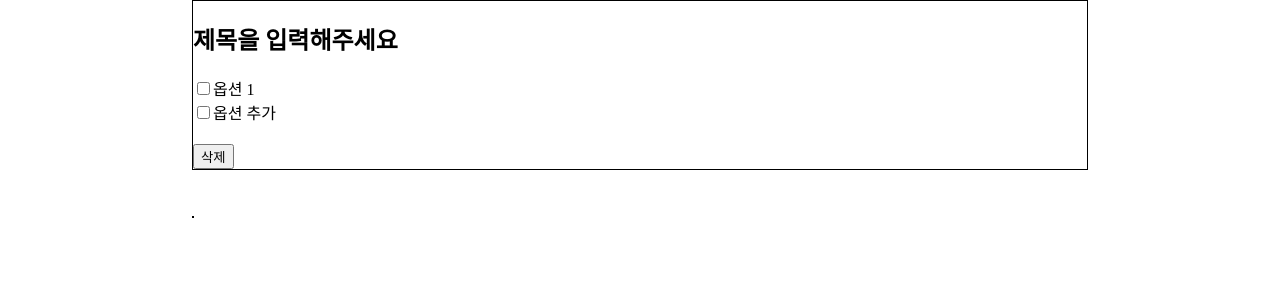
Repository: binigy97/VoteStie
Page: voteWeb/src/main/resources/static/index.html
An editor plug-in stored every save of this project. The page is shown before and after the next save, followed by the edit.
The browser window is 1280 px wide. The pictures show the whole page.

Above is the page before, as saved 2022-02-23 22:02:50.

After the next save:
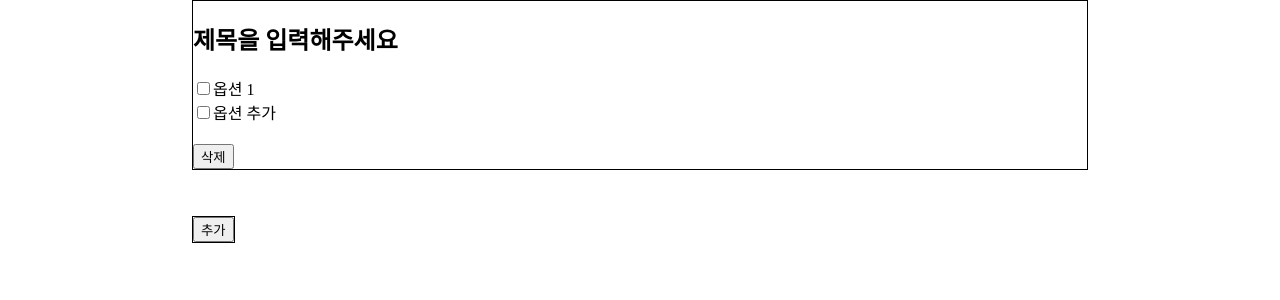
Saved 48 s later.
--- a/voteWeb/src/main/resources/static/index.html
+++ b/voteWeb/src/main/resources/static/index.html
@@ -38,7 +38,7 @@ div > label:last-child {
 </article>
 <!-- 투표지 추가 -->
 <article>
-
+	<button>추가</button>
 </article>
 </body>
 </html>
